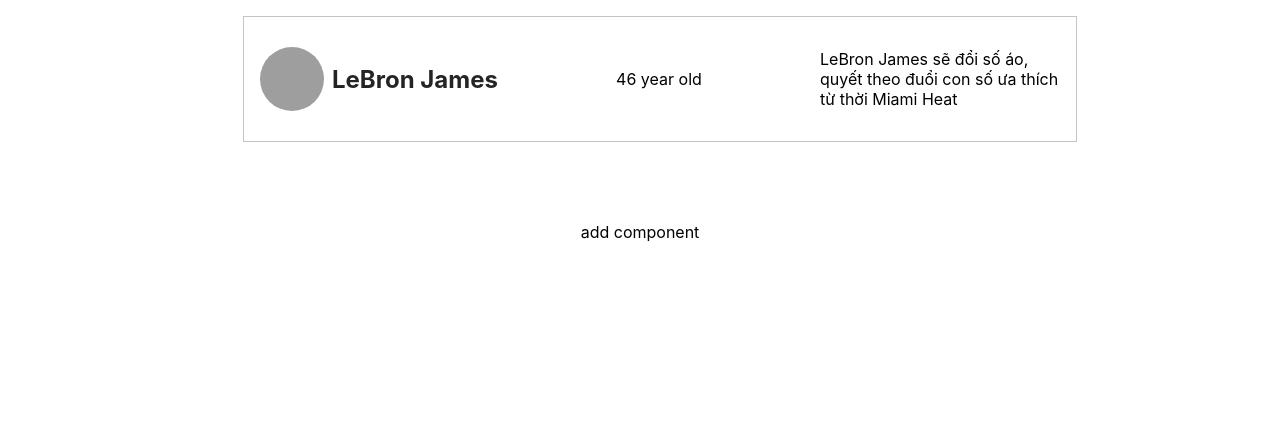
Repository: ducanhaep/ts-react-with-typescript
Page: /
An editor plug-in stored every save of this project. The page is shown before and after the next save, followed by the edit.
The browser window is 1280 px wide. The pictures show the whole page.
Pictures or frames that could not be fetched are drawn as grey boxes. The project was rebuilt for these pictures with package versions that can differ from the ones it lists, and the page was loaded fresh each time.

Above is the page before, as saved 2021-10-13 00:51:55.

### src/App.tsx
import React, { useState } from "react";
import "./App.css";
import List from "./components/List";
import AddToList from "./components/AddToList";

interface IState {
  people: {
    name: string;
    age: number;
    url: string;
    note?: string;
  }[];
}

function App() {
  const [people, setPeople] = useState<IState["people"]>([
    {
      name: "LeBron James",
      url: "https://cdnmedia.webthethao.vn/uploads/2021-06-10/LeBron-James-no6-jersey-swap-1.jpeg",
      age: 46,
      note: "LeBron James sẽ đổi số áo, quyết theo đuổi con số ưa thích từ thời Miami Heat",
    },
  ]);

  return (
    <div className="App">
      <List people={people} />
      <AddToList />
    </div>
  );
}

export default App;

### src/components/List.tsx
import React from "react";
interface IProps {
  people: {
    name: string;
    age: number;
    url: string;
    note?: string;
  }[];
}

const List: React.FC<IProps> = ({ people }) => {
  const renderList = (): JSX.Element[] => {
    return people.map((person) => {
      return (
        <li className="List">
          <div className="List-header">
            <img src={person.url} alt="" className="List-img" />
            <h2>{person.name}</h2>
          </div>
          <p>{person.age} year old</p>
          <p className="List-note">{person.note}</p>
        </li>
      );
    });
  };
  return <ul>{renderList()}</ul>;
};
export default List;

### src/components/AddToList.tsx
import React from "react";

const AddToList = () => {
  return <div className="AddToList">add component</div>;
};

export default AddToList;

Loaded but not shown: public/index.html (common file); src/index.tsx (common file); src/index.css (common file); src/reportWebVitals.ts (common file); src/App.css (common file)

After the next save:
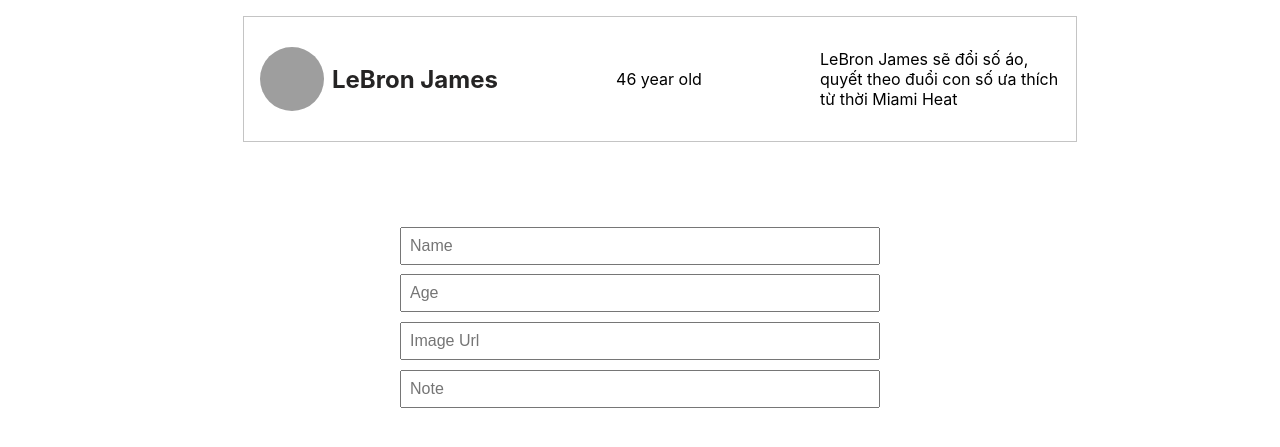
Saved 93 s later.
--- a/src/components/AddToList.tsx
+++ b/src/components/AddToList.tsx
@@ -1,7 +1,14 @@
 import React from "react";
 
 const AddToList = () => {
-  return <div className="AddToList">add component</div>;
+  return (
+    <div className="AddToList">
+      <input type="text" placeholder="Name" className="AddToList-input" />
+      <input type="text" placeholder="Age" className="AddToList-input" />
+      <input type="text" placeholder="Image Url" className="AddToList-input" />
+      <input type="text" placeholder="Note" className="AddToList-input" />
+    </div>
+  );
 };
 
 export default AddToList;
